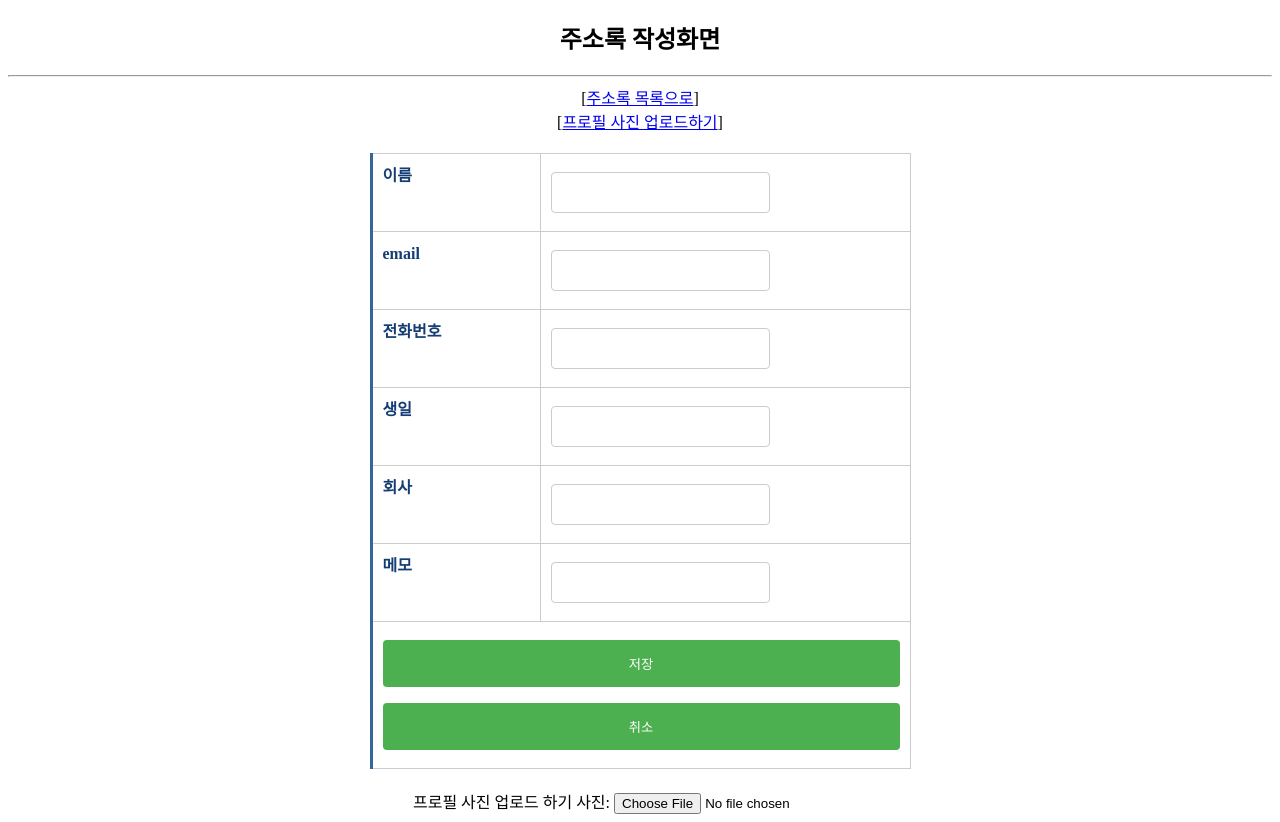
Repository: LeeHyukJe/jsp-bit
Page: http://localhost/jsp2/addrbook/addrbook_form.jsp
The author's editor kept a copy of each file at every save. The page is drawn from the files as they stood at one save, then again after the next save.
The browser window is 1280 px wide. The pictures show the whole page.
The page is served by Tomcat 9. Other server files are loaded and not shown.

Above is the page before, as saved 2017-09-20 05:42:00.

### jsp2/WebContent/addrbook/addrbook_form.jsp
<%@ page language="java" contentType="text/html; charset=UTF-8"
	pageEncoding="UTF-8" errorPage="addrbook_error.jsp"%>
<!DOCTYPE html PUBLIC "-//W3C//DTD HTML 4.01 Transitional//EN" "http://www.w3.org/TR/html4/loose.dtd">
<html>
<head>
<meta http-equiv="Content-Type" content="text/html; charset=UTF-8">
<title>주소록 작성 화면</title>
<link rel="stylesheet" href="login_css.css" media="screen">
	<style>
		table,input[type="text"]{
			width:auto;
			heigth:400px;
		}
	</style>
</head>
<body>
	<div align="center">
    <h2>주소록 작성화면</h2>
    <hr>
    [<a href=addrbook_list.jsp>주소록 목록으로</a>]<br>
    [<a href="Profile_pic.jsp">프로필 사진 업로드하기</a>]
    <p>
    <form name="form1" method="post" action="addrbook_control.jsp">
        <input type="hidden" name="action" value="insert">
        <table border="1" class="type03">
            <tr>
                <th>이름</th>
                <td><input type="text" name="ab_name" maxlength="15"></td>
            </tr>
            <tr>
                <th>email</th>
                <td><input type="text" name="ab_email" maxlength="20"></td>
            </tr>
            <tr>
                <th>전화번호</th>
                <td><input type="text" name="ab_tel" maxlength="20"></td>
            </tr>
            <tr>
                <th>생일</th>
                <td><input type="text" name="ab_birth"></td>
            </tr>
            <tr>
                <th>회사</th>
                <td><input type="text" name="ab_comdept" maxlength="20"></td>
            </tr>
            <tr>
                <th>메모</th>
                <td><input type="text" name="ab_memo"></td>
            </tr>
            <tr>
                <td colspan="2" align="center"><input type="submit" value="저장">
                    <input type="reset" value="취소"></td>
            </tr>
        </table>
        	프로필 사진 업로드 하기
        	사진:	<input type="file" value="업로드">
    </form>
</div>
</body>
</html>

### jsp2/WebContent/addrbook/login_css.css
input[type=text],select{
    width: 100%;
    padding:12px 20px;
    margin:8px 0;
    display: inline-block;
    border:1px solid #ccc;
    border-radius: 4px;
    box-sizing: border-box;
}

input[type=submit],input[type=reset]{
    width:100%;
    background-color: #4CAF50;
    color: white;
    padding:14px 20px;
    margin:8px 0;
    border:none;
    border-radius: 4px;
    cursor: pointer;
}

input[type=submit]:hover, input[type=reset]:hover{
    background-color: #45a049;
}

table.type03{
    border-collapse:collapse;
    text-align: left;
    line-height: 1.5;
    border-top:1px solid #ccc;
    border-left:3px solid #369;
    margin:20px 10px;
}

table.type03 th{
    width:147px;
    padding:10px;
    font-weight:bold;
    vertical-align: top;
    color: #153d73;
    border-right:1px solid #ccc;
    border-bottom: 1px solid #ccc;
}

table.type03 td{
    width: 349px;
    padding:10px;
    vertical-align: top;
    border-right:1px solid #ccc;
    border-bottom: 1px solid #ccc;
}

After the next save:
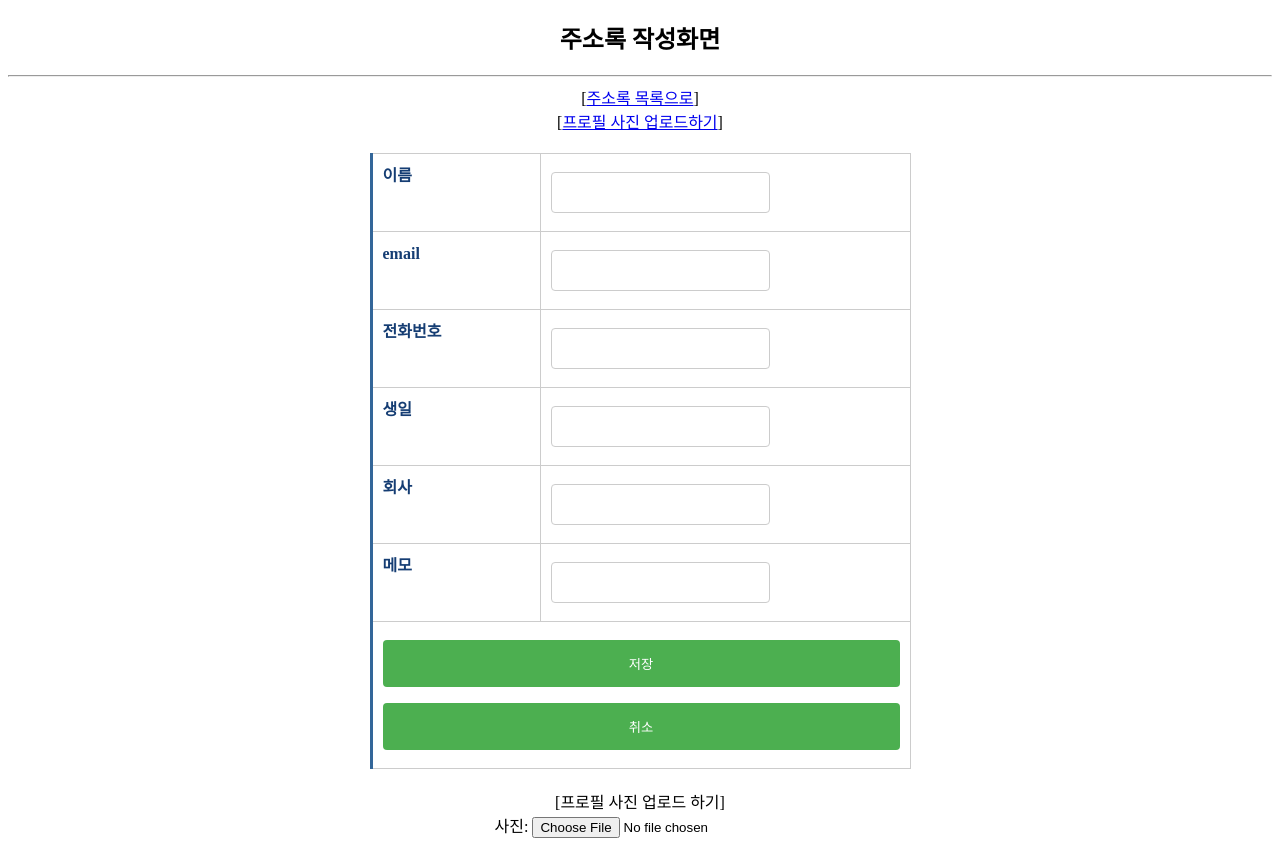
Saved 33 s later.
--- a/jsp2/WebContent/addrbook/addrbook_form.jsp
+++ b/jsp2/WebContent/addrbook/addrbook_form.jsp
@@ -52,7 +52,7 @@
                     <input type="reset" value="취소"></td>
             </tr>
         </table>
-        	프로필 사진 업로드 하기
+        	[프로필 사진 업로드 하기]<br>
         	사진:	<input type="file" value="업로드">
     </form>
 </div>
